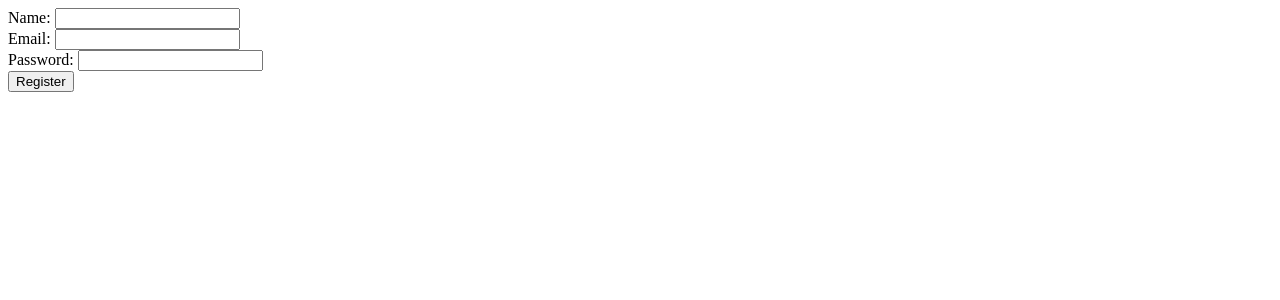
Repository: NathnaelYimer/Simpleregistersystem
Page: http://localhost/jakartaservletproject/registration.jsp
The author's editor kept a copy of each file at every save. The page is drawn from the files as they stood at one save, then again after the next save.
The browser window is 1280 px wide. The pictures show the whole page.
The page is served by Tomcat 10. Other server files are loaded and not shown.

Above is the page before, as saved 2023-11-29 12:46:22.

### jakartaservletproject/src/main/webapp/registration.jsp
<form action="RegistrationServlet" method="post">
    Name: <input type="text" name="name" required><br>
    Email: <input type="text" name="email" required><br>
    Password: <input type="password" name="password" required><br>
    <input type="submit" value="Register">
</form>

### jakartaservletproject/src/main/webapp/header.jsp
<body>
    <header>
        <h1>Welcome to our Registration Page</h1>
    </header>
</body>

After the next save:
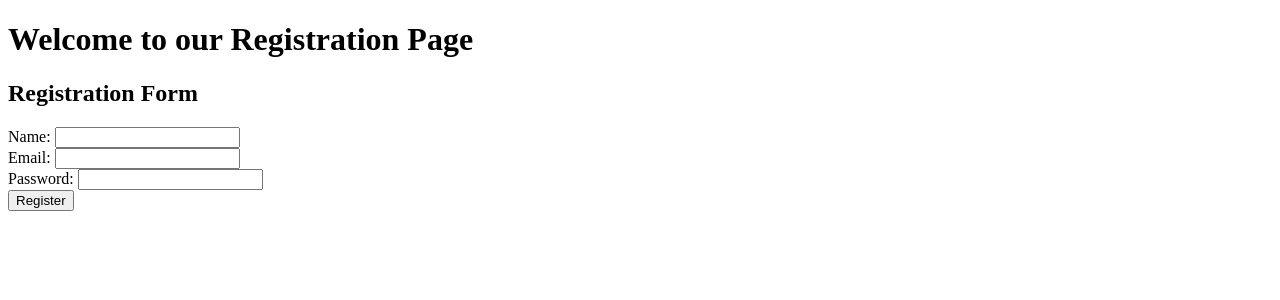
Saved 84 s later.
--- a/jakartaservletproject/src/main/webapp/registration.jsp
+++ b/jakartaservletproject/src/main/webapp/registration.jsp
@@ -1,6 +1,17 @@
-<form action="RegistrationServlet" method="post">
-    Name: <input type="text" name="name" required><br>
-    Email: <input type="text" name="email" required><br>
-    Password: <input type="password" name="password" required><br>
-    <input type="submit" value="Register">
-</form>
+<!DOCTYPE html>
+<html>
+<head>
+    <meta charset="UTF-8">
+    <title>Registration Form</title>
+</head>
+<body>
+    <%@ include file="header.jsp" %>
+    <h2>Registration Form</h2>
+    <form action="register" method='post'>
+        Name: <input type="text" name="name"><br>
+        Email: <input type="text" name="email"><br>
+        Password: <input type="password" name="password"><br>
+        <input type="submit" value="Register">
+    </form>
+</body>
+</html>
